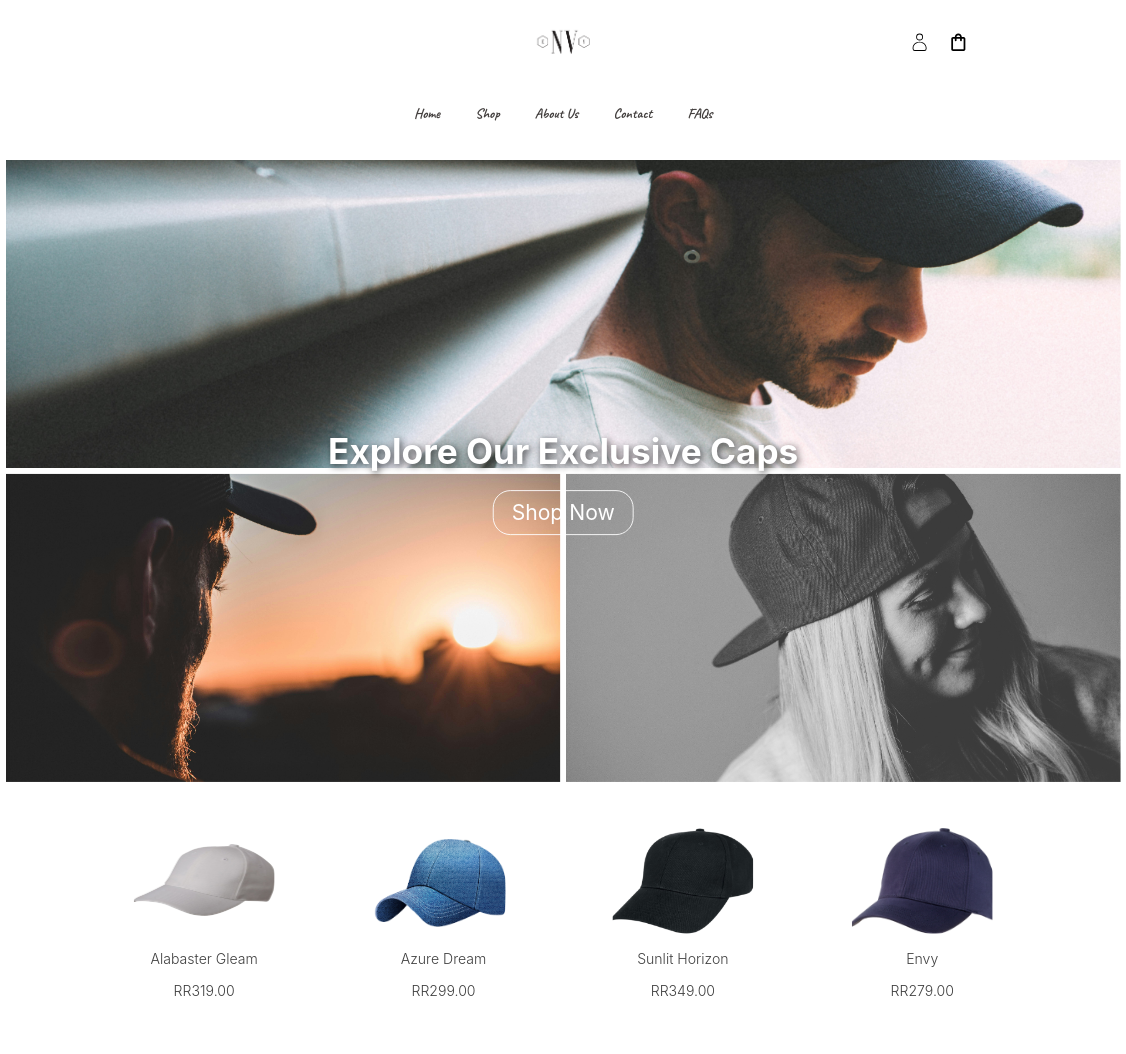
Repository: lasity34/new-envy
Page: / (app in my-new-envy/)
These files come from the project's save history. The page is drawn as it stood at one moment and after the next save; the edit follows.
The browser window is 1280 px wide. The pictures show the whole page, at 88% of full size.
The project was rebuilt for these pictures with package versions that can differ from the ones it lists, and the page was loaded fresh each time.

Above is the page before, as saved 2024-04-22 13:49:58.

After the next save:
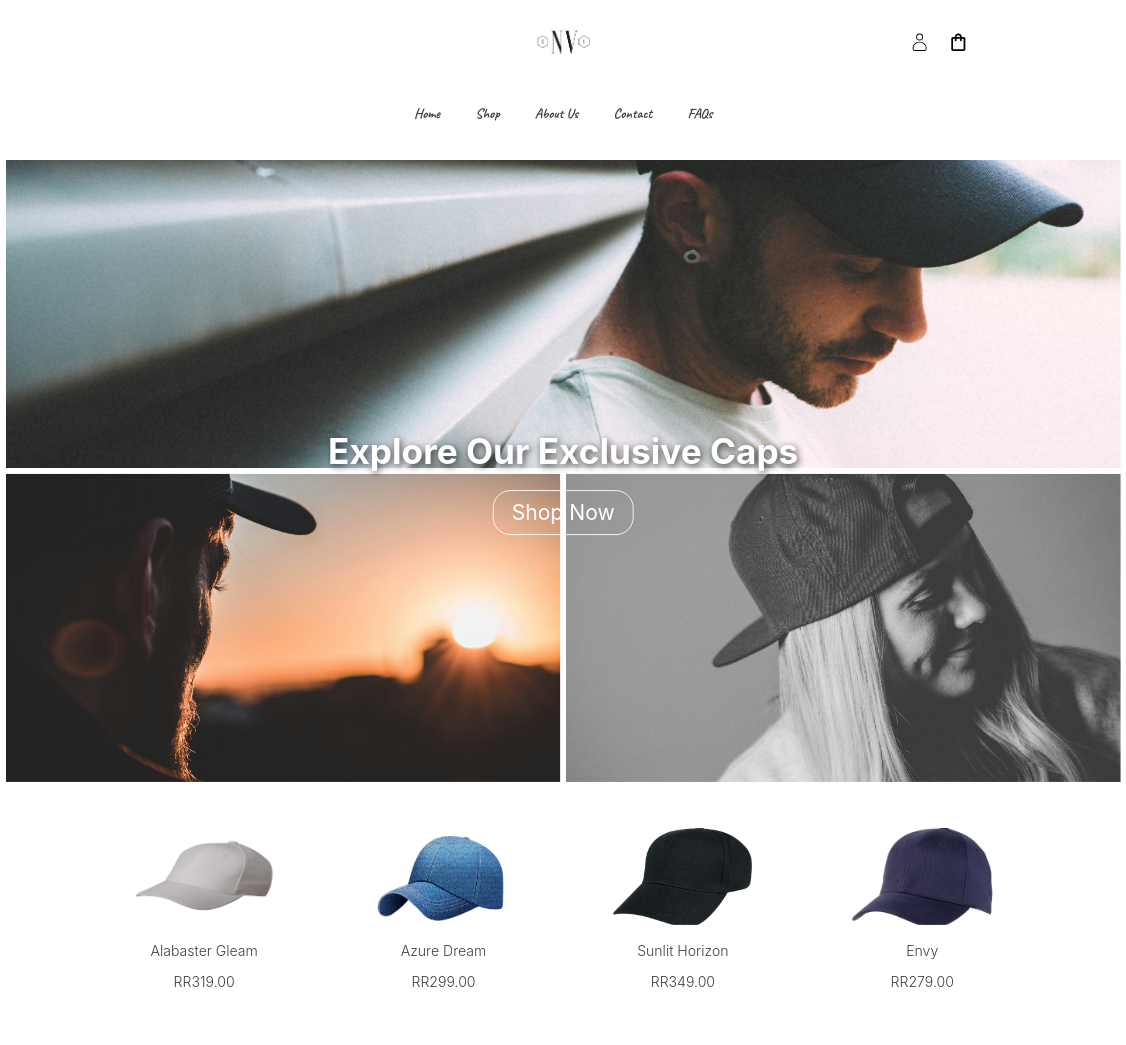
Saved 7 s later.
--- a/my-new-envy/src/components/ProductCard.tsx
+++ b/my-new-envy/src/components/ProductCard.tsx
@@ -15,7 +15,7 @@ const CardContainer = styled.div`
 
 const ProductImage = styled.img`
     width: 160px;  // Set specific width
-    height: 120px; // Set specific height to maintain uniformity
+    height: 110px; // Set specific height to maintain uniformity
     margin-bottom: 10px;
     border-radius: 4px; // Rounds the corners of the image
     object-fit: cover; // Ensures the image fills the frame without distorting
